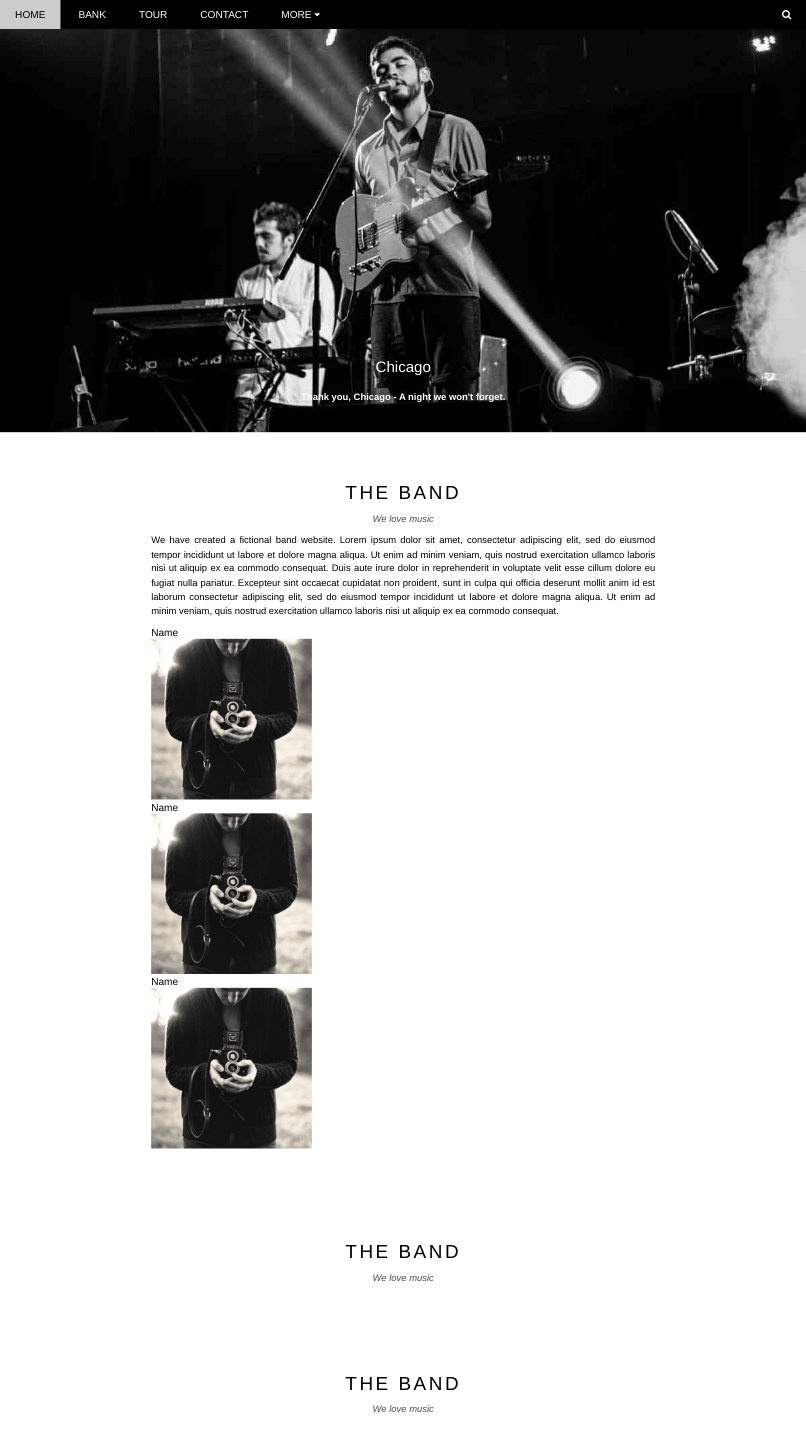
Repository: vuongtm1999/TheBand_W3School
Page: index.html
The author's editor kept a copy of each file at every save. The page is drawn from the files as they stood at one save, then again after the next save.
The browser window is 1280 px wide. The pictures show the whole page, at 63% of full size.

Above is the page before, as saved 2022-08-26 11:48:52.

After the next save:
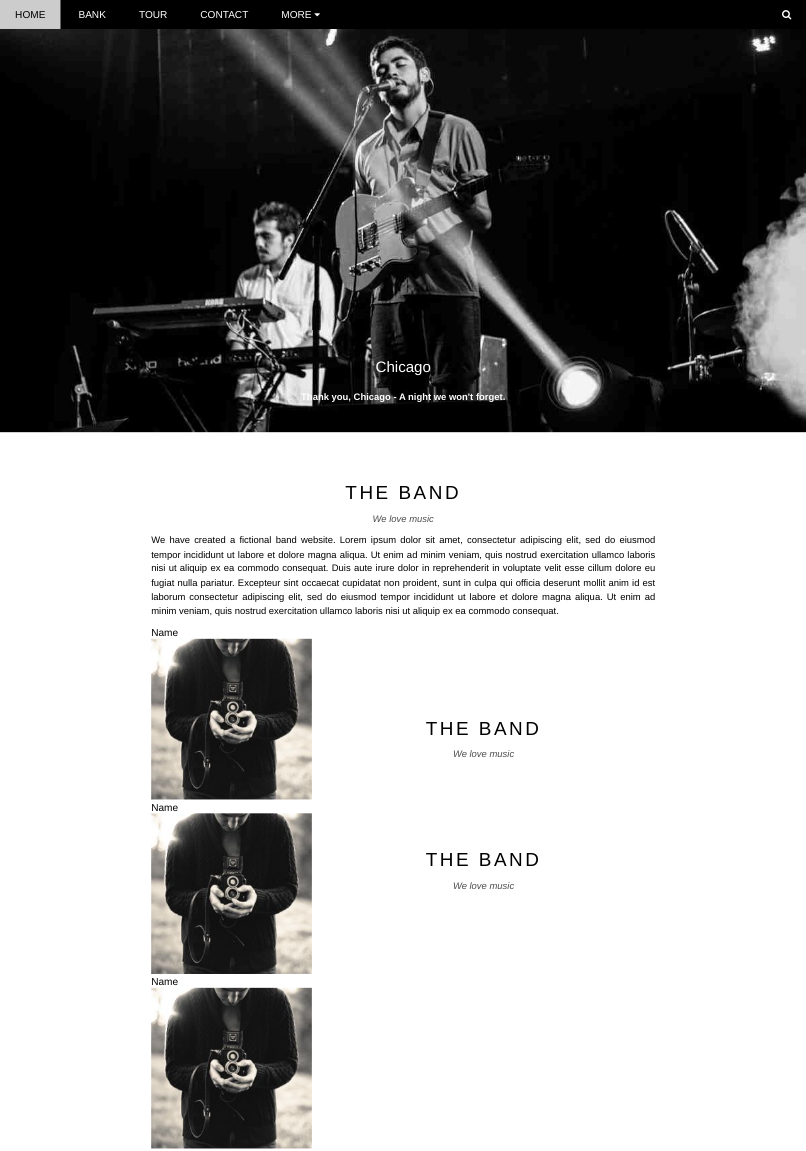
Saved 60 min 0 s later.
--- a/assets/css/style.css
+++ b/assets/css/style.css
@@ -181,7 +181,7 @@ a{
     text-align: justify;
 }
 
-.content-sectio .member-list{
+.content-section .member-list{
     float: left;
 }
 
